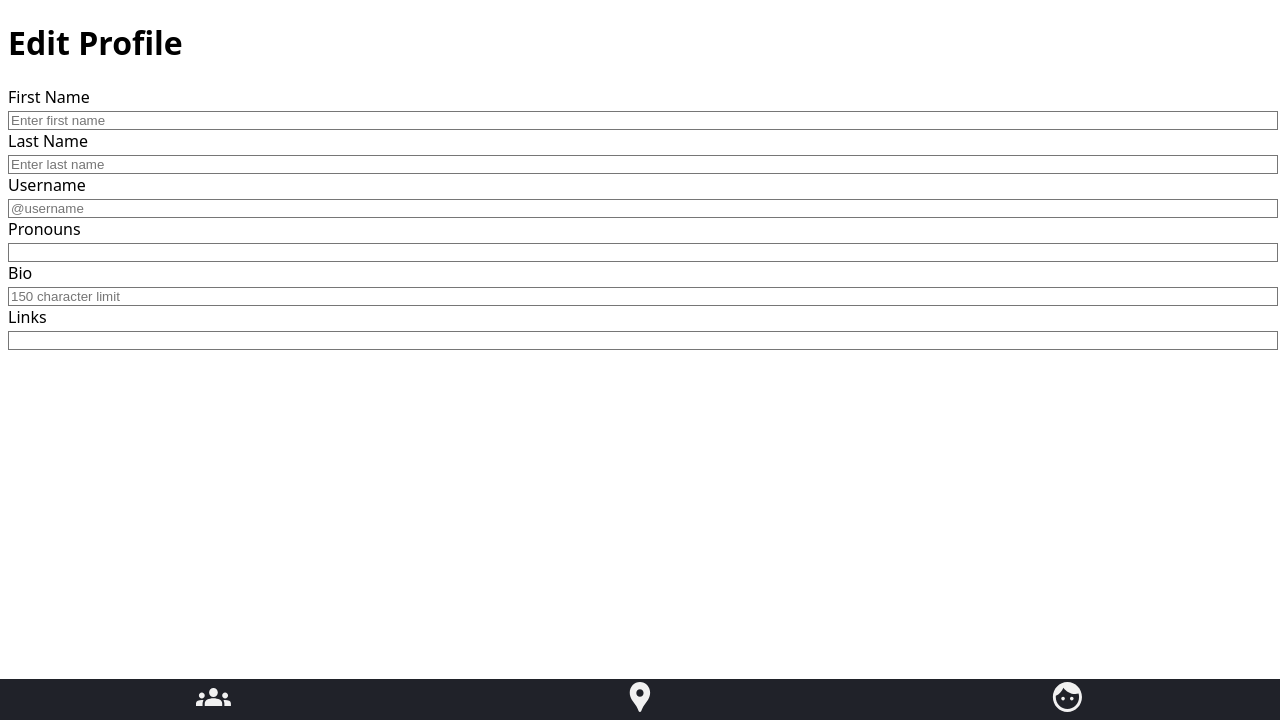
Repository: amolwalia/LocaLens-App
Page: /profile
The author's editor kept a copy of each file at every save. The page is drawn from the files as they stood at one save, then again after the next save.
The browser window is 1280 px wide. The pictures show the whole page.
The project was rebuilt for these pictures with package versions that can differ from the ones it lists, and the page was loaded fresh each time. The framework's server and built-in components were replaced by stand-ins that run in the browser. Also part of the build but not shown: next.config.mjs.

Above is the page before, as saved 2025-05-22 22:59:53.

After the next save:
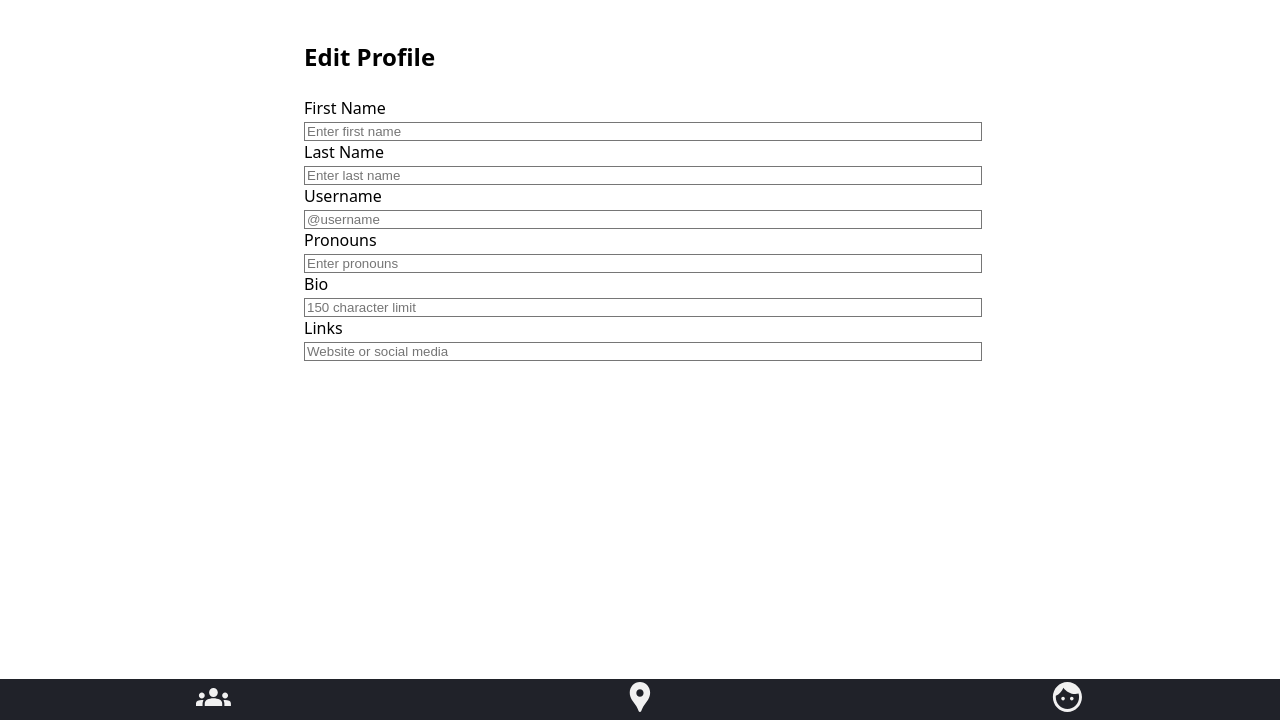
Saved 42 s later.
--- a/app/profile/page.jsx
+++ b/app/profile/page.jsx
@@ -1,6 +1,6 @@
 "use client";
 
-import { useState } from "react";
+import React, { useState } from "react";
 import NavBar from "@/components/NavBar";
 import Input from "@/components/Input/Input";
 
@@ -11,7 +11,7 @@
     username: "@jackson.jpeg",
     pronouns: "He/Him",
     bio: "I take pictures because I like to. Follow me and my journey",
-    links: "https://shorturl.at/xvcix"
+    links: "https://shorturl.at/xvcix",
   });
 
   const handleChange = (e) => {
@@ -19,71 +19,58 @@
     setFormData((prev) => ({ ...prev, [id]: value }));
   };
 
-  const handleSubmit = async (e) => {
-    e.preventDefault();
-    try {
-      await new Promise((resolve) => setTimeout(resolve, 1000));
-      alert("Profile saved successfully!");
-    } catch (error) {
-      console.error("Error saving profile:", error);
-      alert("Failed to save profile");
-    }
-  };
-
   return (
-    <div className="max-w-2xl mx-auto p-4">
+    <div className="profileFormContainer">
       <NavBar />
-      <h1 className="text-2xl font-bold mb-6">Edit Profile</h1>
-      <form onSubmit={handleSubmit}>
-        <div className="space-y-4">
-          <Input
-            label="First Name"
-            id="firstName"
-            type="text"
-            value={formData.firstName}
-            onChange={handleChange}
-            placeholder="Enter first name"
-          />
-          <Input
-            label="Last Name"
-            id="lastName"
-            type="text"
-            value={formData.lastName}
-            onChange={handleChange}
-            placeholder="Enter last name"
-          />
-          <Input
-            label="Username"
-            id="username"
-            type="text"
-            value={formData.username}
-            onChange={handleChange}
-            placeholder="@username"
-          />
-          <Input
-            label="Pronouns"
-            id="pronouns"
-            type="text"
-            value={formData.pronouns}
-            onChange={handleChange}
-          />
-          <Input
-            label="Bio"
-            id="bio"
-            type="text"
-            value={formData.bio}
-            onChange={handleChange}
-            placeholder="150 character limit"
-          />
-          <Input
-            label="Links"
-            id="links"
-            type="text"
-            value={formData.links}
-            onChange={handleChange}
-          />
-        </div>
-      </form>
+      <h1 className="profileHeading">Edit Profile</h1>
+      <Input
+        label="First Name"
+        id="firstName"
+        type="text"
+        value={formData.firstName}
+        onChange={handleChange}
+        placeholder="Enter first name"
+      />
+      <Input
+        label="Last Name"
+        id="lastName"
+        type="text"
+        value={formData.lastName}
+        onChange={handleChange}
+        placeholder="Enter last name"
+      />
+      <Input
+        label="Username"
+        id="username"
+        type="text"
+        value={formData.username}
+        onChange={handleChange}
+        placeholder="@username"
+      />
+      <Input
+        label="Pronouns"
+        id="pronouns"
+        type="text"
+        value={formData.pronouns}
+        onChange={handleChange}
+        placeholder="Enter pronouns"
+      />
+      <Input
+        label="Bio"
+        id="bio"
+        type="text"
+        value={formData.bio}
+        onChange={handleChange}
+        placeholder="150 character limit"
+      />
+      <Input
+        label="Links"
+        id="links"
+        type="text"
+        value={formData.links}
+        onChange={handleChange}
+        placeholder="Website or social media"
+      />
     </div>
   );
 }

After the save that followed:
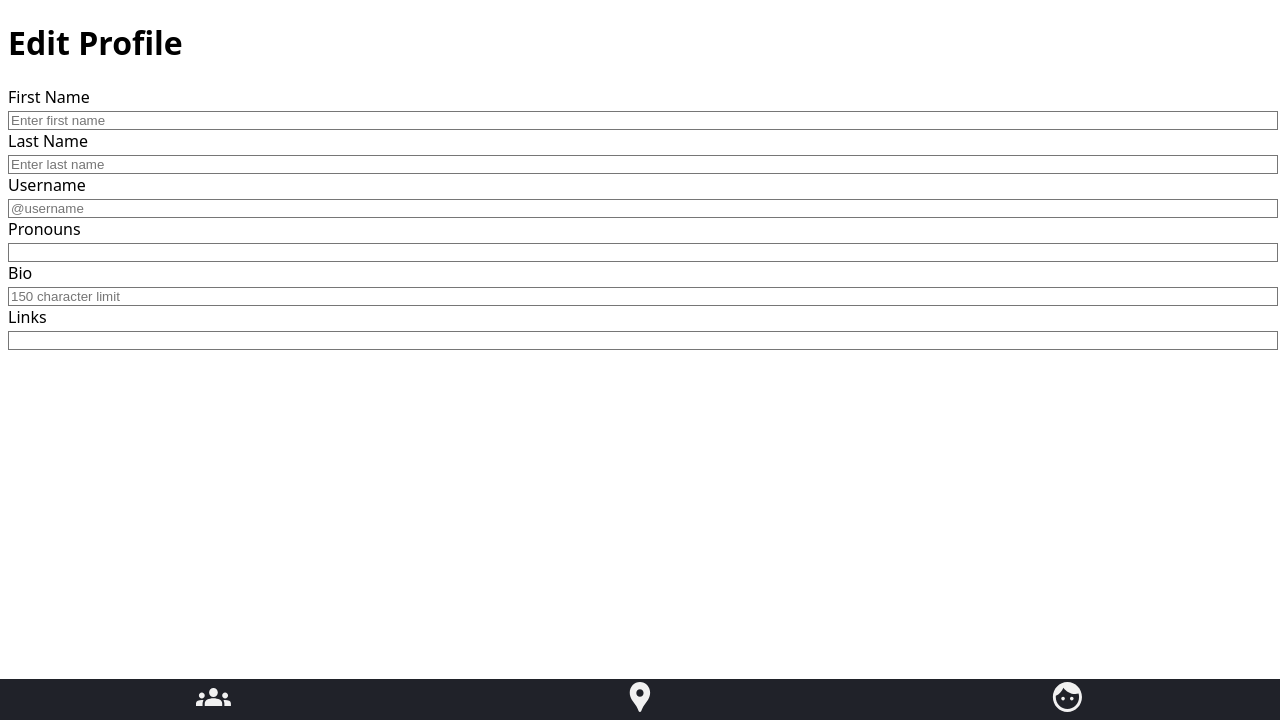
Saved 8 s later.
--- a/app/profile/page.jsx
+++ b/app/profile/page.jsx
@@ -1,6 +1,6 @@
 "use client";
 
-import React, { useState } from "react";
+import { useState } from "react";
 import NavBar from "@/components/NavBar";
 import Input from "@/components/Input/Input";
 
@@ -11,7 +11,7 @@
     username: "@jackson.jpeg",
     pronouns: "He/Him",
     bio: "I take pictures because I like to. Follow me and my journey",
-    links: "https://shorturl.at/xvcix",
+    links: "https://shorturl.at/xvcix"
   });
 
   const handleChange = (e) => {
@@ -19,58 +19,71 @@
     setFormData((prev) => ({ ...prev, [id]: value }));
   };
 
+  const handleSubmit = async (e) => {
+    e.preventDefault();
+    try {
+      await new Promise((resolve) => setTimeout(resolve, 1000));
+      alert("Profile saved successfully!");
+    } catch (error) {
+      console.error("Error saving profile:", error);
+      alert("Failed to save profile");
+    }
+  };
+
   return (
-    <div className="profileFormContainer">
+    <div className="max-w-2xl mx-auto p-4">
       <NavBar />
-      <h1 className="profileHeading">Edit Profile</h1>
-      <Input
-        label="First Name"
-        id="firstName"
-        type="text"
-        value={formData.firstName}
-        onChange={handleChange}
-        placeholder="Enter first name"
-      />
-      <Input
-        label="Last Name"
-        id="lastName"
-        type="text"
-        value={formData.lastName}
-        onChange={handleChange}
-        placeholder="Enter last name"
-      />
-      <Input
-        label="Username"
-        id="username"
-        type="text"
-        value={formData.username}
-        onChange={handleChange}
-        placeholder="@username"
-      />
-      <Input
-        label="Pronouns"
-        id="pronouns"
-        type="text"
-        value={formData.pronouns}
-        onChange={handleChange}
-        placeholder="Enter pronouns"
-      />
-      <Input
-        label="Bio"
-        id="bio"
-        type="text"
-        value={formData.bio}
-        onChange={handleChange}
-        placeholder="150 character limit"
-      />
-      <Input
-        label="Links"
-        id="links"
-        type="text"
-        value={formData.links}
-        onChange={handleChange}
-        placeholder="Website or social media"
-      />
+      <h1 className="text-2xl font-bold mb-6">Edit Profile</h1>
+      <form onSubmit={handleSubmit}>
+        <div className="space-y-4">
+          <Input
+            label="First Name"
+            id="firstName"
+            type="text"
+            value={formData.firstName}
+            onChange={handleChange}
+            placeholder="Enter first name"
+          />
+          <Input
+            label="Last Name"
+            id="lastName"
+            type="text"
+            value={formData.lastName}
+            onChange={handleChange}
+            placeholder="Enter last name"
+          />
+          <Input
+            label="Username"
+            id="username"
+            type="text"
+            value={formData.username}
+            onChange={handleChange}
+            placeholder="@username"
+          />
+          <Input
+            label="Pronouns"
+            id="pronouns"
+            type="text"
+            value={formData.pronouns}
+            onChange={handleChange}
+          />
+          <Input
+            label="Bio"
+            id="bio"
+            type="text"
+            value={formData.bio}
+            onChange={handleChange}
+            placeholder="150 character limit"
+          />
+          <Input
+            label="Links"
+            id="links"
+            type="text"
+            value={formData.links}
+            onChange={handleChange}
+          />
+        </div>
+      </form>
     </div>
   );
 }
